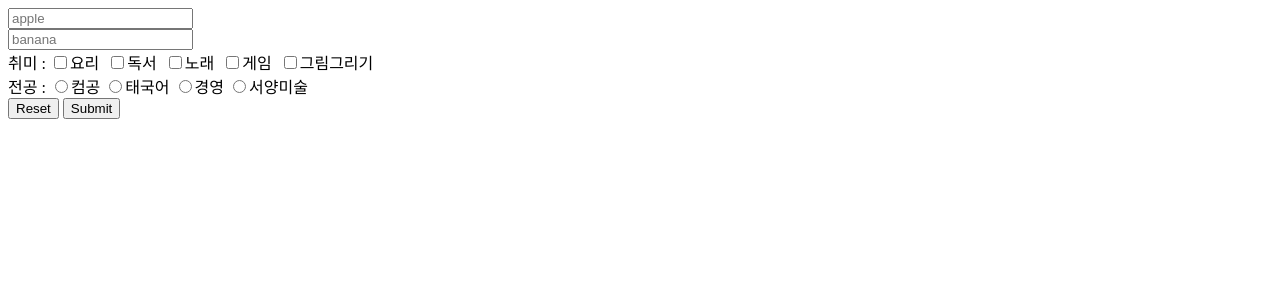
Repository: lee-ruru/jsp_practice
Page: http://localhost/JSPBasic/JspObject/1.requests/req_param_send.jsp
An editor plug-in stored every save of this project. The page is shown before and after the next save, followed by the edit.
The browser window is 1280 px wide. The pictures show the whole page.
The page is served by Tomcat 9.

Above is the page before, as saved 2022-02-03 06:45:13.

### JSPBasic/src/main/webapp/JspObject/1.requests/req_param_send.jsp
<%@ page language="java" contentType="text/html; charset=UTF-8"
    pageEncoding="UTF-8"%>
<!DOCTYPE html>
<html>
<head>
<meta charset="UTF-8">
<title>Insert title here</title>
</head>
<body>
	<%--아래에 form을 만들고 내부에 input 4개를 만들어주세요.
	input태그의 type속성은 하나는 text, 하나는 password
	name 속성은 하나는 apple. 하나는 banana로 해주세요.
	reset버튼과 submit버튼도 각각 하나씩 만들어주세요.

	form의 action이 바로 목적지를 적는 부분임.
	웹개발에서는 받을 페이지 화면의 주소를 적어줍니다.--%>

	<form action="req_param_getpost.jsp" method="get">
		<input type="text" name="apple" placeholder="apple" /><br/>
		<input type="password" name="banana" placeholder="banana" /><br/>

		취미 :
		<input type = "checkbox" name="hobby" value="요리" >요리&nbsp;
		<input type = "checkbox" name="hobby" value="독서" >독서&nbsp;
		<input type = "checkbox" name="hobby" value="노래" >노래&nbsp;
		<input type = "checkbox" name="hobby" value="게임" >게임&nbsp;
		<input type = "checkbox" name="hobby" value="그림그리기" >그림그리기&nbsp;
		<br/>
		전공 :

		<input type="radio" name="major" value="컴퓨터공학"/>컴공
		<input type="radio" name="major" value="태국어"/>태국어
		<input type="radio" name="major" value="경영학"/>경영
		<input type="radio" name="major" value="서양미술학"/>서양미술<br/>

		<input type="reset" />
		<input type="submit" />
	</form>
</body>
</html>

After the next save:
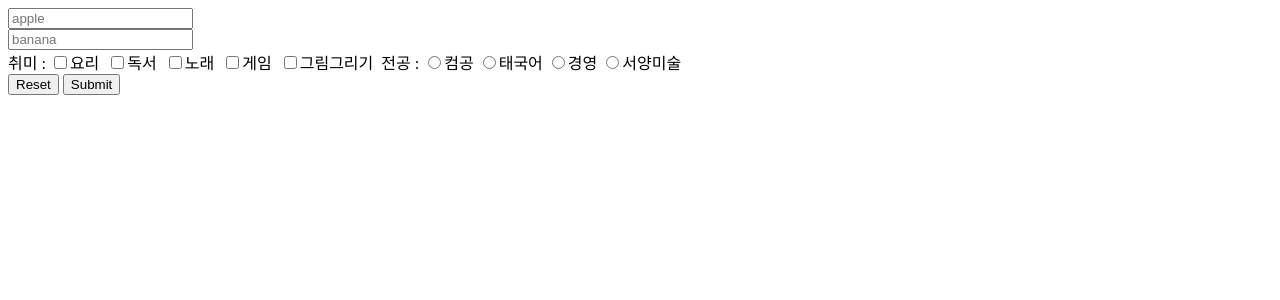
Saved 5 s later.
--- a/JSPBasic/src/main/webapp/JspObject/1.requests/req_param_send.jsp
+++ b/JSPBasic/src/main/webapp/JspObject/1.requests/req_param_send.jsp
@@ -25,7 +25,7 @@
 		<input type = "checkbox" name="hobby" value="노래" >노래&nbsp;
 		<input type = "checkbox" name="hobby" value="게임" >게임&nbsp;
 		<input type = "checkbox" name="hobby" value="그림그리기" >그림그리기&nbsp;
-		<br/>
+
 		전공 :
 
 		<input type="radio" name="major" value="컴퓨터공학"/>컴공

After the save that followed:
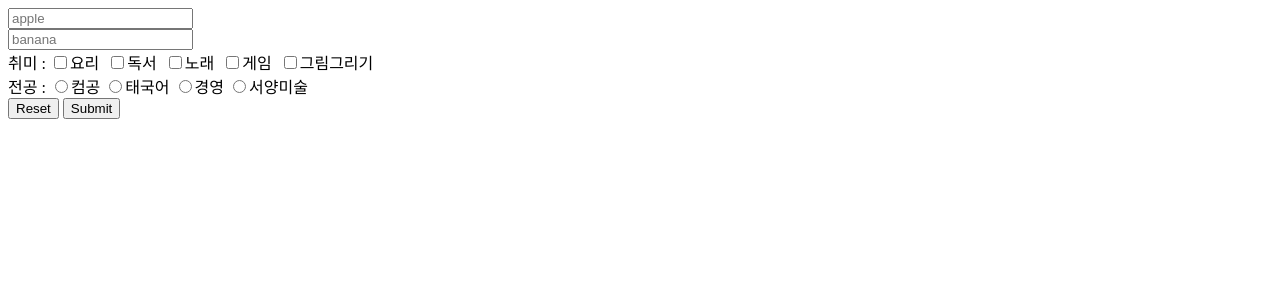
Saved 16 s later.
--- a/JSPBasic/src/main/webapp/JspObject/1.requests/req_param_send.jsp
+++ b/JSPBasic/src/main/webapp/JspObject/1.requests/req_param_send.jsp
@@ -24,7 +24,7 @@
 		<input type = "checkbox" name="hobby" value="독서" >독서&nbsp;
 		<input type = "checkbox" name="hobby" value="노래" >노래&nbsp;
 		<input type = "checkbox" name="hobby" value="게임" >게임&nbsp;
-		<input type = "checkbox" name="hobby" value="그림그리기" >그림그리기&nbsp;
+		<input type = "checkbox" name="hobby" value="그림그리기" >그림그리기&nbsp;<br/>
 
 		전공 :
 
